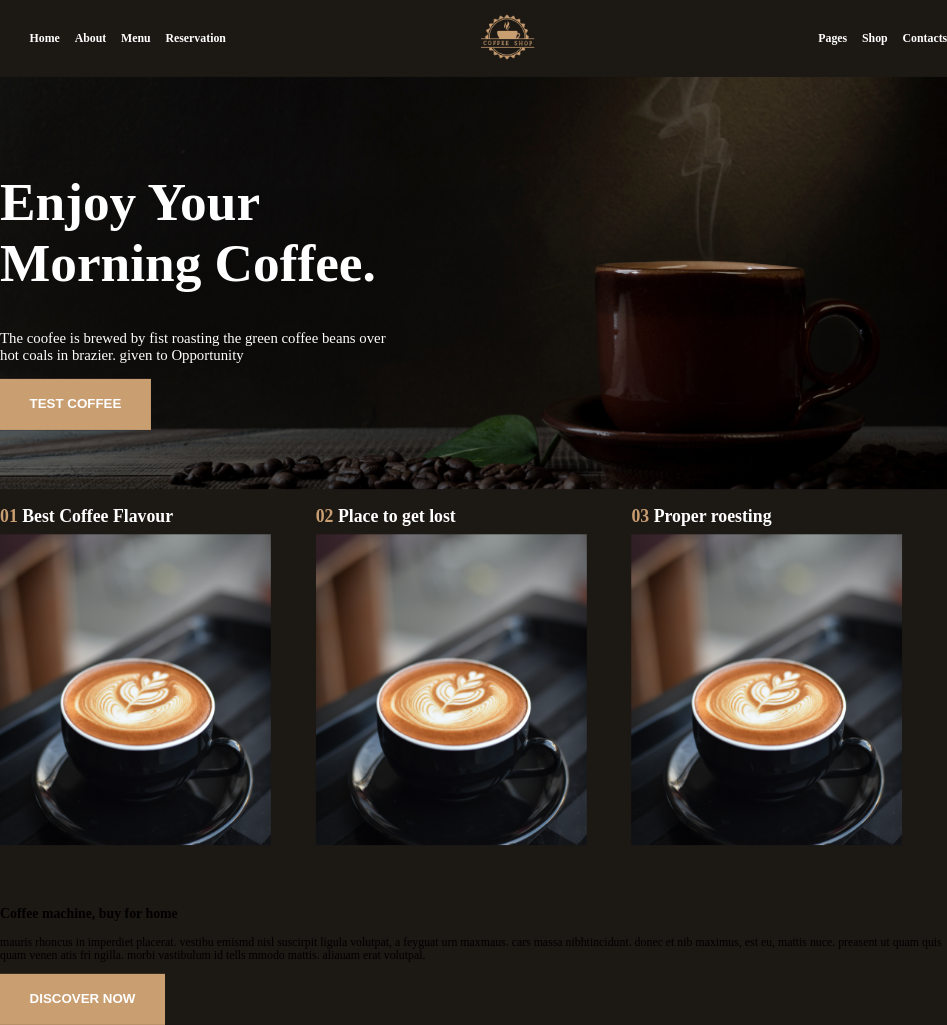
Repository: SitoraRashidova/CoffeShop_Figma
Page: /
The author's editor kept a copy of each file at every save. The page is drawn from the files as they stood at one save, then again after the next save.
The browser window is 1280 px wide. The pictures show the whole page, at 74% of full size.
The project was rebuilt for these pictures with package versions that can differ from the ones it lists, and the page was loaded fresh each time. Also part of the build but not shown: vite.config.js.

Above is the page before, as saved 2024-11-24 23:45:10.

### src/index.css
/* :root {
  font-family: Inter, system-ui, Avenir, Helvetica, Arial, sans-serif;
  line-height: 1.5;
  font-weight: 400;

  color-scheme: light dark;
  color: rgba(255, 255, 255, 0.87);
  background-color: #242424;

  font-synthesis: none;
  text-rendering: optimizeLegibility;
  -webkit-font-smoothing: antialiased;
  -moz-osx-font-smoothing: grayscale;
} */

body{
  margin: 0;
  background-color: #1C1814;
}

*{
  box-sizing: border-box;
}


.container {
  width: 100%;
  max-width: 1296px;
  margin: 0 auto;
}

/* Header uchun style */

.header{
  background-color: #1C1814;
  padding: 20px 0;
}

.header-wrapper{
  display: flex;
  align-items: center;
  justify-content: space-between;
}

.nav-list{
  display: flex;
  align-items: center;
  justify-content: space-between;
  gap: 20px;
}

.nav-list__item{
  list-style: none;
}

.nav-list__item-link{
  color: white;
  text-decoration: none;
  font-weight: 600;
}

/* Hero uchun style */

.hero{
  width: 100%;
  height: auto;
  background-image: url('./assets/hero-logo.png');
  background-size: cover;
  background-repeat: no-repeat;
}

.hero-content{
  width: 100%;
  max-width: 529px;
  padding: 80px 0;
}

.hero-content__title{
  font-size: 72px;
  color: #fff;
}

.hero-content__desc{
  font-size: 20px;
  color: #fff;
}

.hero-btn{
  padding: 24px 40px;
  font-weight: 700;
  font-size: 18px;
  border: none;
  background-color: #C99E71;
  color: #fff;
}

/* type Coffee uchun style */

.type-coffee{
  display: grid;
  grid-template-columns: 1fr 1fr 1fr;
  margin-bottom: 40px;
}

.type-coffee__title{
   font-size: 24px;
   margin-bottom: 10px;
   color: #fff;
}

.type-coffee__title b{
  color: #C99E71;
}

.type-coffee_image{
  width: 366px;
  height: 420px;
}

### src/App.jsx
import "./App.css";
import DiscowerCoffee from "./components/discower-coffee";
import Header from "./components/header";
import Hero from "./components/hero";
import TypeCofee from "./components/type-coffee";

function App() {
  return (
    <>
      <Header />
      <Hero />
      <TypeCofee />
      <DiscowerCoffee/>
    </>
  );
}

export default App;

### src/App.css
*{
  box-sizing: border-box;
}

/* Header uchun style */

.container {
  width: 100%;
  max-width: 1296px;
  margin: 0 auto;
}

### src/components/discower-coffee.tsx
import React from "react";
import BlenderImage from '../assets/blender.png'

const DiscowerCoffee = () => {
  return (
    <div className="container">
      <div>
        <div>
          <img src="" alt="" />
        </div>
        <div>
          <h3>Coffee machine, buy for home</h3>
          <p>
            mauris rhoncus in imperdiet placerat. vestibu emismd nisl suscirpit
            ligula volutpat, a feyguat urn maxmaus. cars massa nibhtincidunt.
            donec et nib maximus, est eu, mattis nuce. preasent ut quam quis
            quam venen atis fri ngilla. morbi vastibulum id tells mmodo mattis.
            aliauam erat volutpal.
          </p>
          <button className="hero-btn">DISCOVER NOW</button>
        </div>
      </div>
    </div>
  );
};

export default DiscowerCoffee;

### src/components/header.jsx
import Logo from "../assets/Logo.png";

const Header = () => {
  return (
    <header className="header">
      <div className="container">
        <div className="header-wrapper">
          <nav>
            <ul className="nav-list">
              <li className="nav-list__item">
                <a className="nav-list__item-link" href="/home">
                  Home
                </a>
              </li>
              <li className="nav-list__item">
                <a className="nav-list__item-link" href="/about">
                  About
                </a>
              </li>
              <li className="nav-list__item">
                <a className="nav-list__item-link" href="/menu">
                  Menu
                </a>
              </li>
              <li className="nav-list__item">
                <a className="nav-list__item-link" href="/Reservation">
                  Reservation
                </a>
              </li>
            </ul>
          </nav>
          <div>
            <img src={Logo} alt="web site logo" />
          </div>
          <nav>
            <ul className="nav-list">
              <li className="nav-list__item">
                <a className="nav-list__item-link" href="/home">
                  Pages
                </a>
              </li>
              <li className="nav-list__item">
                <a className="nav-list__item-link" href="/about">
                  Shop
                </a>
              </li>
              <li className="nav-list__item">
                <a className="nav-list__item-link" href="/menu">
                  Contacts
                </a>
              </li>
            </ul>
          </nav>
        </div>
      </div>
    </header>
  );
};

export default Header;

### src/components/hero.jsx


const Hero = () => {
  return (
    <div className="hero">
        <div className="container">
           <div className="hero-content">
            <h1 className="hero-content__title">Enjoy Your
            Morning Coffee.</h1>
            <p className="hero-content__desc">The coofee is brewed by fist roasting the green coffee beans over hot coals in brazier. given to Opportunity</p>
            <button className="hero-btn">TEST COFFEE</button>
           </div>
        </div>
    </div>
  )
}

export default Hero

### src/components/type-coffee.jsx
import CoffeeImage from '../assets/coffee-one.png'


const TypeCofee = () => {
  return (
    <div className="container">
        <div className="type-coffee">
            <div>
                <h3 className='type-coffee__title'><b className=''>01</b> Best Coffee Flavour</h3>
                <img className='type-coffee_image' src={CoffeeImage} alt="Best Coffee Flavour" />
            </div>
            <div>
                <h3 className='type-coffee__title'><b className=''>02</b> Place to get lost</h3>
                <img className='type-coffee_image' src={CoffeeImage} alt="Best Coffee Flavour" />
            </div>
            <div>
                <h3 className='type-coffee__title'><b className=''>03</b> Proper roesting</h3>
                <img className='type-coffee_image' src={CoffeeImage} alt="Best Coffee Flavour" />
            </div>
        </div>
    </div>
  )
}

export default TypeCofee

Loaded but not shown: index.html (common file); src/main.jsx (common file)

After the next save:
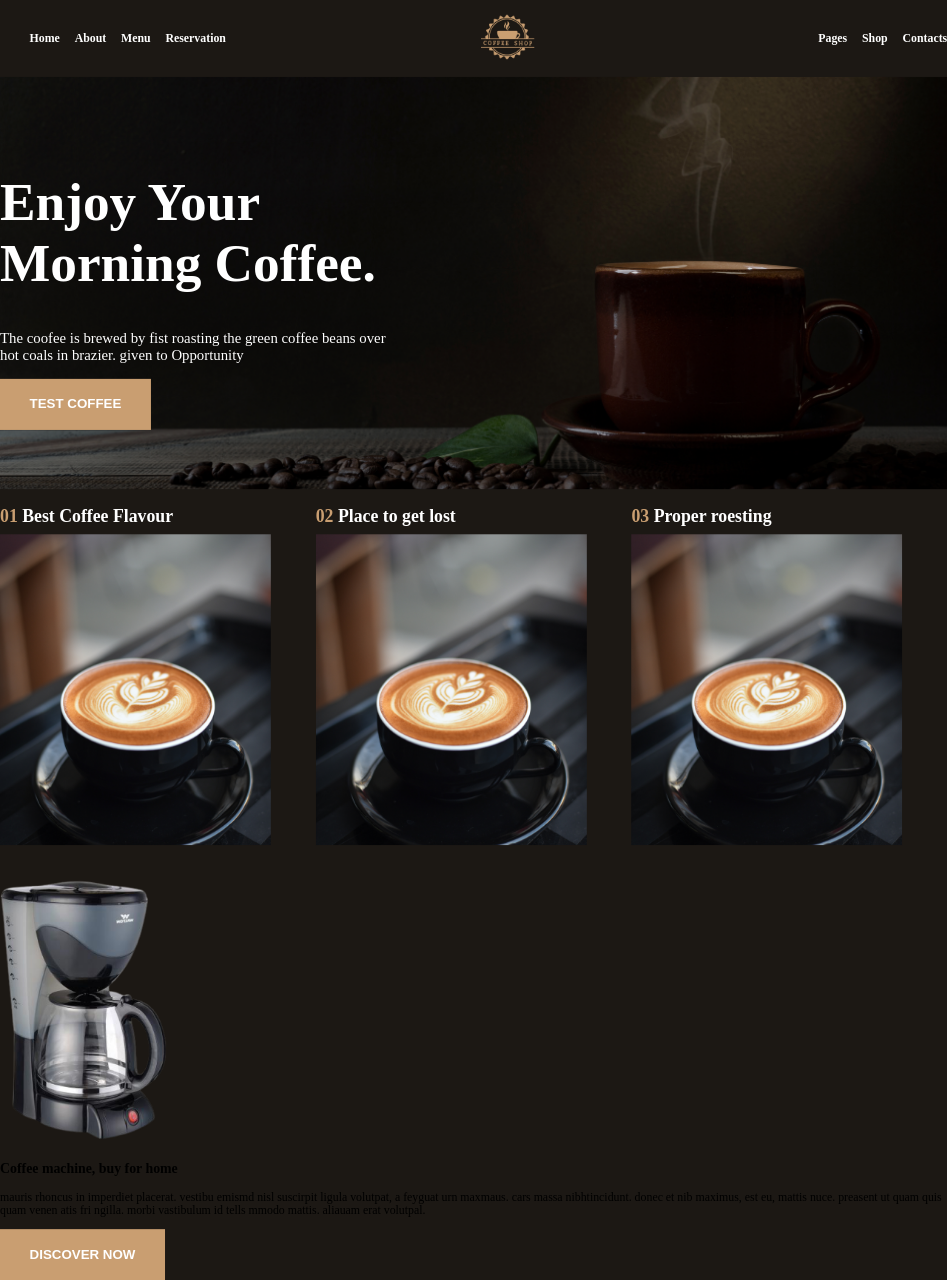
Saved 7 s later.
--- a/src/components/discower-coffee.tsx
+++ b/src/components/discower-coffee.tsx
@@ -6,7 +6,7 @@ const DiscowerCoffee = () => {
     <div className="container">
       <div>
         <div>
-          <img src="" alt="" />
+          <img src={BlenderImage} alt="" />
         </div>
         <div>
           <h3>Coffee machine, buy for home</h3>
